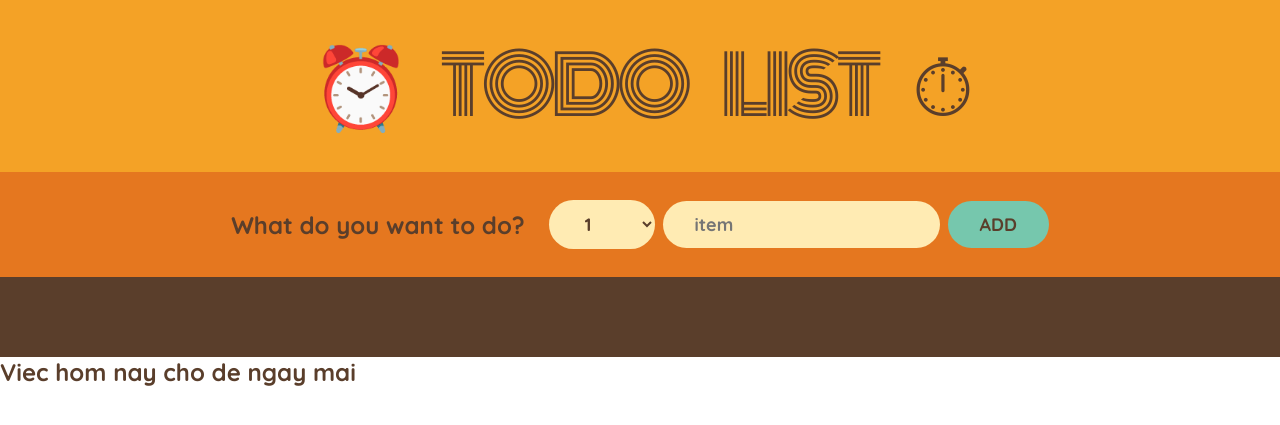
Repository: noemiepham/travel-list-react
Page: /
The author's editor kept a copy of each file at every save. The page is drawn from the files as they stood at one save, then again after the next save.
The browser window is 1280 px wide. The pictures show the whole page.
The project was rebuilt for these pictures with package versions that can differ from the ones it lists, and the page was loaded fresh each time.

Above is the page before, as saved 2023-12-10 08:19:36.

### src/App.js
import { useState } from "react";
/* const initialItems = [
  { id: 1, description: "Passports", quantity: 2, packed: false },
  { id: 2, description: "Socks", quantity: 12, packed: true },
  { id: 3, description: "Money", quantity: 10, packed: false },
  { id: 4, description: "Billets", quantity: 12, packed: true },
]; */

export default function App() {
  const [items, setItems] = useState([]);
  function handleAddItems(item) {
    setItems((items) => [...items, item]);
  }
  function handleToggleItem(id) {
    setItems(
      items.map((item) =>
        item.id === id ? { ...item, packed: !item.packed } : ""
      )
    );
  }
  function handleDelete(id) {
    setItems(items.filter((item) => item.id !== id));
  }
  return (
    <div className="App">
      <Logo />
      <Form handleAddItems={handleAddItems} />
      <PackingList
        items={items}
        onToggleItem={handleToggleItem}
        onDelete={handleDelete}
      />
      <Stats />
    </div>
  );
}

function Logo() {
  return <h1> ⏰ TODO LIST ⏱ </h1>;
}

function Form({ handleAddItems }) {
  const [description, setDescription] = useState("");
  const [quantity, setQuantity] = useState(1);

  function handleSubmit(event) {
    event.preventDefault();

    if (!description) return;
    const newItem = { description, quantity, packed: false, id: Date.now() };
    console.log(newItem);
    console.log(event.target);

    handleAddItems(newItem);
    setDescription("");
    setQuantity(1);
  }
  return (
    <form className="add-form" onSubmit={handleSubmit}>
      <h3>What do you want to do?</h3>
      <select
        value={quantity}
        onChange={(event) => setQuantity(event.target.value)}
      >
        {Array.from({ length: 20 }, (_, i) => i + 1).map((num) => (
          <option value={num} key={num}>
            {num}
          </option>
        ))}
      </select>
      <input
        type="text"
        placeholder="item"
        value={description}
        onChange={(event) => setDescription(event.target.value)}
      />
      <button>Add</button>
    </form>
  );
}

function PackingList({ items, onToggleItem, onDelete }) {
  return (
    <div className="list">
      <ul>
        {items.map((item) => (
          <List
            item={item}
            key={item.id}
            onToggleItem={onToggleItem}
            onDelete={onDelete}
          />
        ))}
      </ul>
    </div>
  );
}

function List({ item, onToggleItem, onDelete }) {
  console.log("list", item.packed);
  return (
    <li>
      <input type="checkbox" onClick={() => onToggleItem(item.id)} />
      <span style={item.packed ? { textDecoration: "line-through" } : {}}>
        {item.quantity} {item.description}
      </span>
      <button onClick={() => onDelete(item.id)}>❌</button>
    </li>
  );
}
function Stats() {
  return (
    <div>
      <h3> Viec hom nay cho de ngay mai</h3>
    </div>
  );
}

Loaded but not shown: public/index.html (common file); src/index.js (common file); src/index.css (common file)

After the next save:
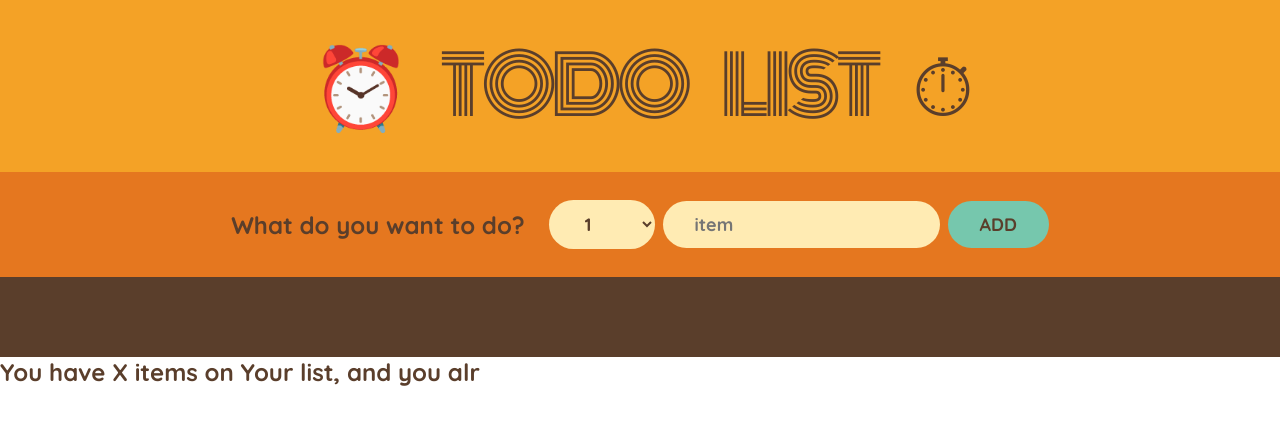
Saved 3 min 17 s later.
--- a/src/App.js
+++ b/src/App.js
@@ -111,7 +111,7 @@ function List({ item, onToggleItem, onDelete }) {
 function Stats() {
   return (
     <div>
-      <h3> Viec hom nay cho de ngay mai</h3>
+      <h3> You have X items on Your list, and you alr</h3>
     </div>
   );
 }
